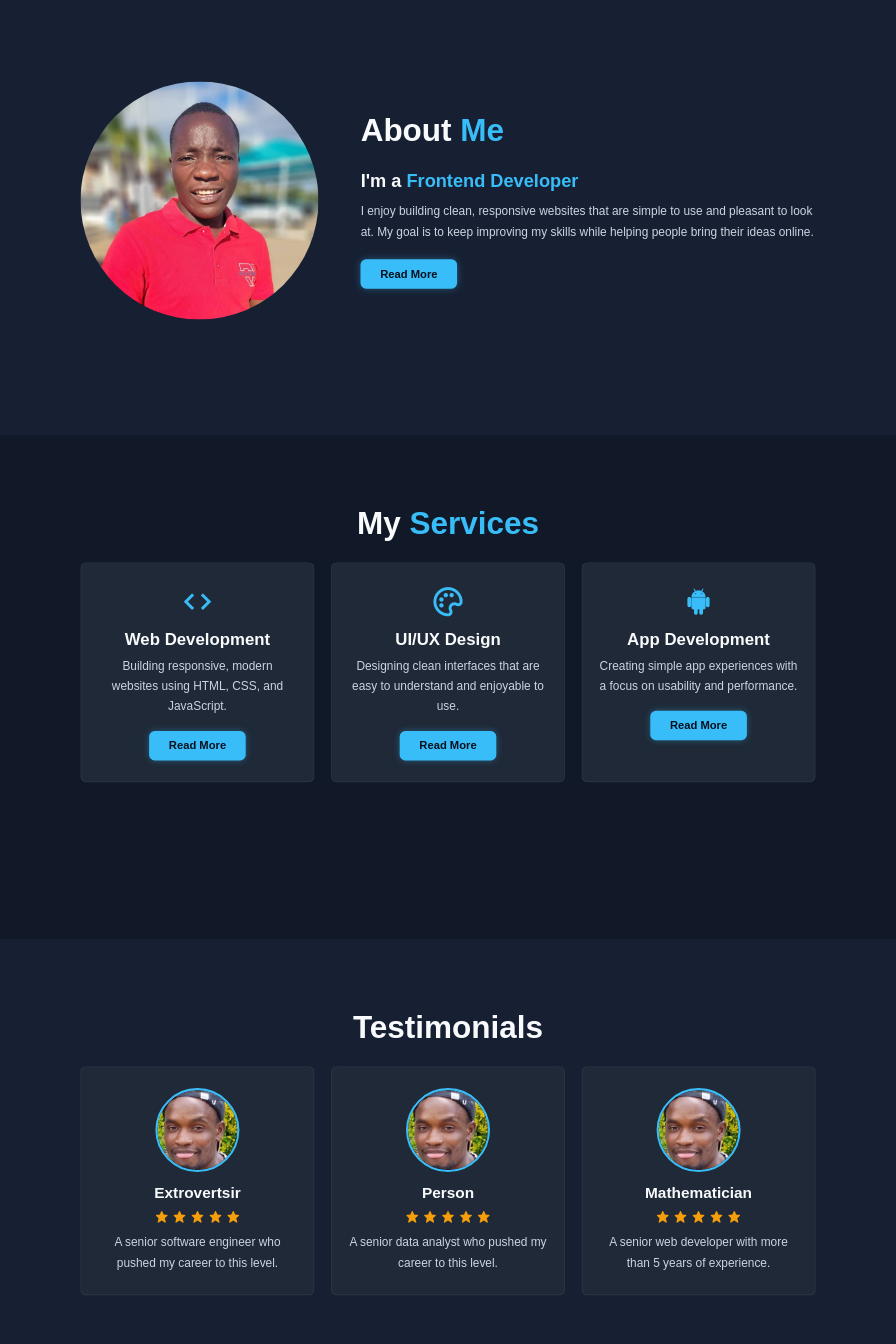
Repository: sitholelicane/myportfolio
Page: myweb.html
An editor plug-in stored every save of this project. The page is shown before and after the next save, followed by the edit.
The browser window is 1280 px wide. The pictures show the part of the page from y = 818 to 2738 px (the page is 3738 px tall), at 70% of full size.
Some web libraries are served in a nearby version.

Above is the page before, as saved 2026-05-16 23:18:19.

### myweb.html
<!DOCTYPE html>
<html lang="en">

<head>
    <meta charset="UTF-8">
    <meta name="viewport" content="width=device-width, initial-scale=1.0">
    <title>Sithole Licane - Portfolio</title>
    <link href="https://unpkg.com/boxicons@2.1.4/css/boxicons.min.css" rel="stylesheet">
    <link rel="stylesheet" href="style.css">
</head>

<body>
    <header class="header">
        <a href="#home" class="logo">Sithole <span>Licane</span></a>
        <i class="bx bx-menu" id="menu-icon"></i>

        <nav class="navbar">
            <a href="#home" class="active">Home</a>
            <a href="#about">About</a>
            <a href="#services">Services</a>
            <a href="#testimonial">Testimonial</a>
            <a href="#contact">Contact</a>
        </nav>
    </header>

    <section class="home" id="home">
        <div class="home-img">
            <img src="lee.jpeg" alt="Sithole Licane profile photo" onerror="this.style.display='none'">
        </div>

        <div class="home-content">
            <h3>Hello, Myself</h3>
            <h1>Sithole Licane</h1>
            <h3>And I'm a <span class="multiple-text"></span></h3>
            <p>I am a passionate developer dedicated to creating sleek, functional, and user-friendly web experiences. With a focus on modern design and clean code, I bring digital visions to life.</p>

            <div class="social-media">
                <a href="https://www.linkedin.com/in/licane-sithole" aria-label="LinkedIn"><i class="bx bxl-linkedin"></i></a>
                <a href="https://t.me/lemmarlyn" aria-label="Telegram"><i class="bx bxl-telegram"></i></a>
                <a href="https://www.facebook.com/profile.php?id=100095799840629" aria-label="Facebook"><i class="bx bxl-facebook"></i></a>
                <a href="https://www.instagram.com/lemmarlyn" aria-label="Instagram"><i class="bx bxl-instagram"></i></a>
                <a href="https://wa.me/263774661776" aria-label="WhatsApp"><i class="bx bxl-whatsapp"></i></a>
            </div>

            <a href="#" class="btn">Download CV</a>
        </div>
    </section>

    <section class="about" id="about">
        <div class="about-content">
            <h2 class="heading">About <span>Me</span></h2>
            <h3>I'm a <span>Frontend Developer</span></h3>
            <p>I enjoy building clean, responsive websites that are simple to use and pleasant to look at. My goal is to keep improving my skills while helping people bring their ideas online.</p>
            <a href="#contact" class="btn">Read More</a>
        </div>

        <div class="about-img">
            <img src="Profile1.jpeg" alt="About Sithole Licane" onerror="this.style.display='none'">
        </div>
    </section>

    <section class="services" id="services">
        <h2 class="heading">My <span>Services</span></h2>

        <div class="services-container">
            <div class="services-box">
                <i class="bx bx-code"></i>
                <h3>Web Development</h3>
                <p>Building responsive, modern websites using HTML, CSS, and JavaScript.</p>
                <a href="#contact" class="btn">Read More</a>
            </div>

            <div class="services-box">
                <i class="bx bx-palette"></i>
                <h3>UI/UX Design</h3>
                <p>Designing clean interfaces that are easy to understand and enjoyable to use.</p>
                <a href="#contact" class="btn">Read More</a>
            </div>

            <div class="services-box">
                <i class="bx bxl-android"></i>
                <h3>App Development</h3>
                <p>Creating simple app experiences with a focus on usability and performance.</p>
                <a href="#contact" class="btn">Read More</a>
            </div>
        </div>
    </section>

    <section class="testimonial" id="testimonial">
        <div class="testimonial-box">
            <h2 class="heading">Testimonials</h2>

            <div class="wrapper">
                <div class="testimonial-item">
                    <img src="extro.jpg" alt="Extrovertsir" onerror="this.style.display='none'">
                    <h2>Extrovertsir</h2>
                    <div class="rating" aria-label="5 star rating">
                        <i class="bx bxs-star"></i>
                        <i class="bx bxs-star"></i>
                        <i class="bx bxs-star"></i>
                        <i class="bx bxs-star"></i>
                        <i class="bx bxs-star"></i>
                    </div>
                    <p>A senior software engineer who pushed my career to this level.</p>
                </div>

                <div class="testimonial-item">
                    <img src="extro.jpg" alt="Person" onerror="this.style.display='none'">
                    <h2>Person</h2>
                    <div class="rating" aria-label="5 star rating">
                        <i class="bx bxs-star"></i>
                        <i class="bx bxs-star"></i>
                        <i class="bx bxs-star"></i>
                        <i class="bx bxs-star"></i>
                        <i class="bx bxs-star"></i>
                    </div>
                    <p>A senior data analyst who pushed my career to this level.</p>
                </div>

                <div class="testimonial-item">
                    <img src="extro.jpg" alt="Mathematician" onerror="this.style.display='none'">
                    <h2>Mathematician</h2>
                    <div class="rating" aria-label="5 star rating">
                        <i class="bx bxs-star"></i>
                        <i class="bx bxs-star"></i>
                        <i class="bx bxs-star"></i>
                        <i class="bx bxs-star"></i>
                        <i class="bx bxs-star"></i>
                    </div>
                    <p>A senior web developer with more than 5 years of experience.</p>
                </div>
            </div>
        </div>
    </section>

    <section class="contact" id="contact">
        <h2 class="heading">Contact <span>Me</span></h2>

    <form action="https://formspree.io/f/xaqkwekq" method="POST">

    <input type="text" name="name" placeholder="Full Name" required>
    <input type="email" name="email" placeholder="Email Address" required>
    <input type="text" name="phone" placeholder="Phone Number">
    <input type="text" name="subject" placeholder="Email Subject">

    <textarea name="message" placeholder="Your Message" required></textarea>

    <button type="submit">Send Message</button>
</form>
    </section>

    <footer class="footer">
        <div class="social">
            <a href="https://www.linkedin.com/in/licane-sithole" aria-label="LinkedIn"><i class="bx bxl-linkedin"></i></a>
            <a href="https://wa.me/263774661776" aria-label="WhatsApp"><i class="bx bxl-whatsapp"></i></a>
            <a href="https://www.facebook.com/profile.php?id=100095799840629" aria-label="Facebook"><i class="bx bxl-facebook"></i></a>
            <a href="https://www.instagram.com/lemmarlyn" aria-label="Instagram"><i class="bx bxl-instagram"></i></a>
        </div>
        <p class="copyright">&copy; Sithole Licane - All Rights Reserved</p>
    </footer>

    <script src="https://unpkg.com/typed.js@2.1.0/dist/typed.umd.js"></script>
    <script src="script.js"></script>
</body>

</html>

### style.css
* {
    box-sizing: border-box;
    margin: 0;
    padding: 0;
    scroll-behavior: smooth;
    text-decoration: none;
    border: none;
    outline: none;
    font-family: Arial, Helvetica, sans-serif;
}

:root {
    --bg-color: #111827;
    --second-bg-color: #172033;
    --text-color: #f8fafc;
    --main-color: #38bdf8;
    --accent-color: #f59e0b;
    --muted-color: #cbd5e1;
    --card-color: #1f2937;
}

html {
    font-size: 62.5%;
    overflow-x: hidden;
}

body {
    background: var(--bg-color);
    color: var(--text-color);
}

section {
    min-height: 100vh;
    padding: 10rem 9% 5rem;
}

.header {
    align-items: center;
    background: rgba(17, 24, 39, 0.94);
    display: flex;
    justify-content: space-between;
    left: 0;
    padding: 2rem 9%;
    position: fixed;
    top: 0;
    width: 100%;
    z-index: 100;
}

.logo {
    color: var(--text-color);
    cursor: default;
    font-size: 2.6rem;
    font-weight: 700;
}

span,
.logo span {
    color: var(--main-color);
}

.navbar a {
    color: var(--text-color);
    font-size: 1.7rem;
    font-weight: 600;
    margin-left: 3.5rem;
    transition: 0.3s ease;
}

.navbar a:hover,
.navbar a.active {
    color: var(--main-color);
}

#menu-icon {
    color: var(--text-color);
    cursor: pointer;
    display: none;
    font-size: 3.6rem;
}

.home {
    align-items: center;
    display: flex;
    gap: 6rem;
    justify-content: center;
}

.home-img,
.about-img {
    align-items: center;
    aspect-ratio: 1;
    background: linear-gradient(135deg, var(--main-color), var(--accent-color));
    border-radius: 50%;
    display: flex;
    flex: 0 0 34rem;
    justify-content: center;
    max-width: 34rem;
    overflow: hidden;
}

.home-img img,
.about-img img,
.testimonial-item img {
    height: 100%;
    object-fit: cover;
    width: 100%;
}

.home-img img[src],
.about-img img[src],
.testimonial-item img[src] {
    background: var(--card-color);
}

.home-content {
    max-width: 68rem;
}

.home-content h3 {
    font-size: 3.2rem;
    font-weight: 700;
}

.home-content h1 {
    font-size: 5.6rem;
    font-weight: 700;
    line-height: 1.15;
}

.home-content p,
.about-content p,
.services-box p,
.testimonial-item p {
    color: var(--muted-color);
    font-size: 1.7rem;
    line-height: 1.7;
}

.social-media {
    display: flex;
    flex-wrap: wrap;
    gap: 1.4rem;
    margin: 3rem 0;
}

.social-media a,
.social a {
    align-items: center;
    border: 0.2rem solid var(--main-color);
    border-radius: 50%;
    color: var(--main-color);
    display: inline-flex;
    font-size: 2.2rem;
    height: 4.5rem;
    justify-content: center;
    transition: 0.3s ease;
    width: 4.5rem;
}

.social-media a:hover,
.social a:hover {
    background: var(--main-color);
    color: var(--bg-color);
    transform: translateY(-0.4rem);
}

.btn {
    background: var(--main-color);
    border-radius: 0.8rem;
    box-shadow: 0 0 1rem rgba(56, 189, 248, 0.35);
    color: #06111f;
    display: inline-block;
    font-size: 1.6rem;
    font-weight: 700;
    letter-spacing: 0;
    padding: 1.2rem 2.8rem;
    transition: 0.3s ease;
}

.btn:hover {
    background: var(--accent-color);
    box-shadow: 0 0 1.5rem rgba(245, 158, 11, 0.38);
    transform: translateY(-0.2rem);
}

.about {
    align-items: center;
    background: var(--second-bg-color);
    display: flex;
    flex-direction: row-reverse;
    gap: 6rem;
    justify-content: center;
}

.heading {
    font-size: 4.5rem;
    margin-bottom: 3rem;
    text-align: center;
}

.about-content {
    max-width: 68rem;
}

.about-content .heading {
    text-align: left;
}

.about-content h3 {
    font-size: 2.6rem;
    margin-bottom: 1.5rem;
}

.about-content .btn {
    margin-top: 2.5rem;
}

.services-container {
    display: grid;
    gap: 2.4rem;
    grid-template-columns: repeat(3, minmax(0, 1fr));
}

.services-box,
.testimonial-item {
    background: var(--card-color);
    border: 0.1rem solid rgba(255, 255, 255, 0.08);
    border-radius: 0.8rem;
    padding: 3rem 2.4rem;
    text-align: center;
    transition: 0.3s ease;
}

.services-box:hover,
.testimonial-item:hover {
    border-color: var(--main-color);
    transform: translateY(-0.6rem);
}

.services-box i {
    color: var(--main-color);
    font-size: 5rem;
}

.services-box h3 {
    font-size: 2.4rem;
    margin: 1.5rem 0 1rem;
}

.services-box .btn {
    margin-top: 2rem;
}

.testimonial {
    background: var(--second-bg-color);
}

.wrapper {
    display: grid;
    gap: 2.4rem;
    grid-template-columns: repeat(3, minmax(0, 1fr));
}

.testimonial-item img {
    border: 0.3rem solid var(--main-color);
    border-radius: 50%;
    height: 12rem;
    margin-bottom: 1.5rem;
    width: 12rem;
}

.testimonial-item h2 {
    font-size: 2.2rem;
}

.rating {
    color: var(--accent-color);
    font-size: 2rem;
    margin: 1rem 0;
}

.contact form {
    margin: 0 auto;
    max-width: 78rem;
    text-align: center;
}

.input-box {
    display: flex;
    gap: 1.6rem;
    justify-content: space-between;
}

.contact form input,
.contact form textarea {
    background: var(--second-bg-color);
    border: 0.1rem solid rgba(255, 255, 255, 0.08);
    border-radius: 0.8rem;
    color: var(--text-color);
    font-size: 1.6rem;
    margin: 0.8rem 0;
    padding: 1.5rem;
    width: 100%;
}

.contact form textarea {
    resize: none;
}

.footer {
    align-items: center;
    background: var(--second-bg-color);
    display: flex;
    flex-direction: column;
    gap: 1.6rem;
    padding: 3rem 9%;
    text-align: center;
}

.social {
    display: flex;
    gap: 1.4rem;
}

.copyright {
    color: var(--muted-color);
    font-size: 1.5rem;
}

@media (max-width: 991px) {
    .header {
        padding: 2rem 4%;
    }

    section {
        padding: 10rem 4% 5rem;
    }

    .home,
    .about {
        gap: 4rem;
    }
}

@media (max-width: 768px) {
    #menu-icon {
        display: block;
    }

    .navbar {
        background: var(--second-bg-color);
        border-top: 0.1rem solid rgba(255, 255, 255, 0.08);
        display: none;
        left: 0;
        padding: 1rem 4%;
        position: absolute;
        top: 100%;
        width: 100%;
    }

    .navbar.active {
        display: block;
    }

    .navbar a {
        display: block;
        margin: 2rem 0;
    }

    .home,
    .about {
        flex-direction: column;
        text-align: center;
    }

    .about-content .heading {
        text-align: center;
    }

    .home-img,
    .about-img {
        flex-basis: 26rem;
        max-width: 26rem;
    }

    .home-content h1 {
        font-size: 4.2rem;
    }

    .home-content h3 {
        font-size: 2.5rem;
    }

    .social-media {
        justify-content: center;
    }

    .services-container,
    .wrapper {
        grid-template-columns: 1fr;
    }

    .input-box {
        flex-direction: column;
        gap: 0;
    }
}

@media (max-width: 450px) {
    html {
        font-size: 55%;
    }

    .heading {
        font-size: 3.8rem;
    }
}

### script.js
const menuIcon = document.querySelector("#menu-icon");
const navbar = document.querySelector(".navbar");
const navLinks = document.querySelectorAll(".navbar a");

menuIcon.addEventListener("click", () => {
    menuIcon.classList.toggle("bx-x");
    navbar.classList.toggle("active");
});

navLinks.forEach((link) => {
    link.addEventListener("click", () => {
        menuIcon.classList.remove("bx-x");
        navbar.classList.remove("active");
    });
});

window.addEventListener("scroll", () => {
    const sections = document.querySelectorAll("section");
    const scrollPosition = window.scrollY + 120;

    sections.forEach((section) => {
        const top = section.offsetTop;
        const height = section.offsetHeight;
        const id = section.getAttribute("id");
        const matchingLink = document.querySelector(`.navbar a[href="#${id}"]`);

        if (scrollPosition >= top && scrollPosition < top + height) {
            navLinks.forEach((link) => link.classList.remove("active"));
            matchingLink?.classList.add("active");
        }
    });
});

if (window.Typed) {
    new Typed(".multiple-text", {
        strings: ["Frontend Developer", "Web Designer", "App Developer"],
        typeSpeed: 90,
        backSpeed: 70,
        backDelay: 1200,
        loop: true
    });
} else {
    document.querySelector(".multiple-text").textContent = "Frontend Developer";
}

After the next save:
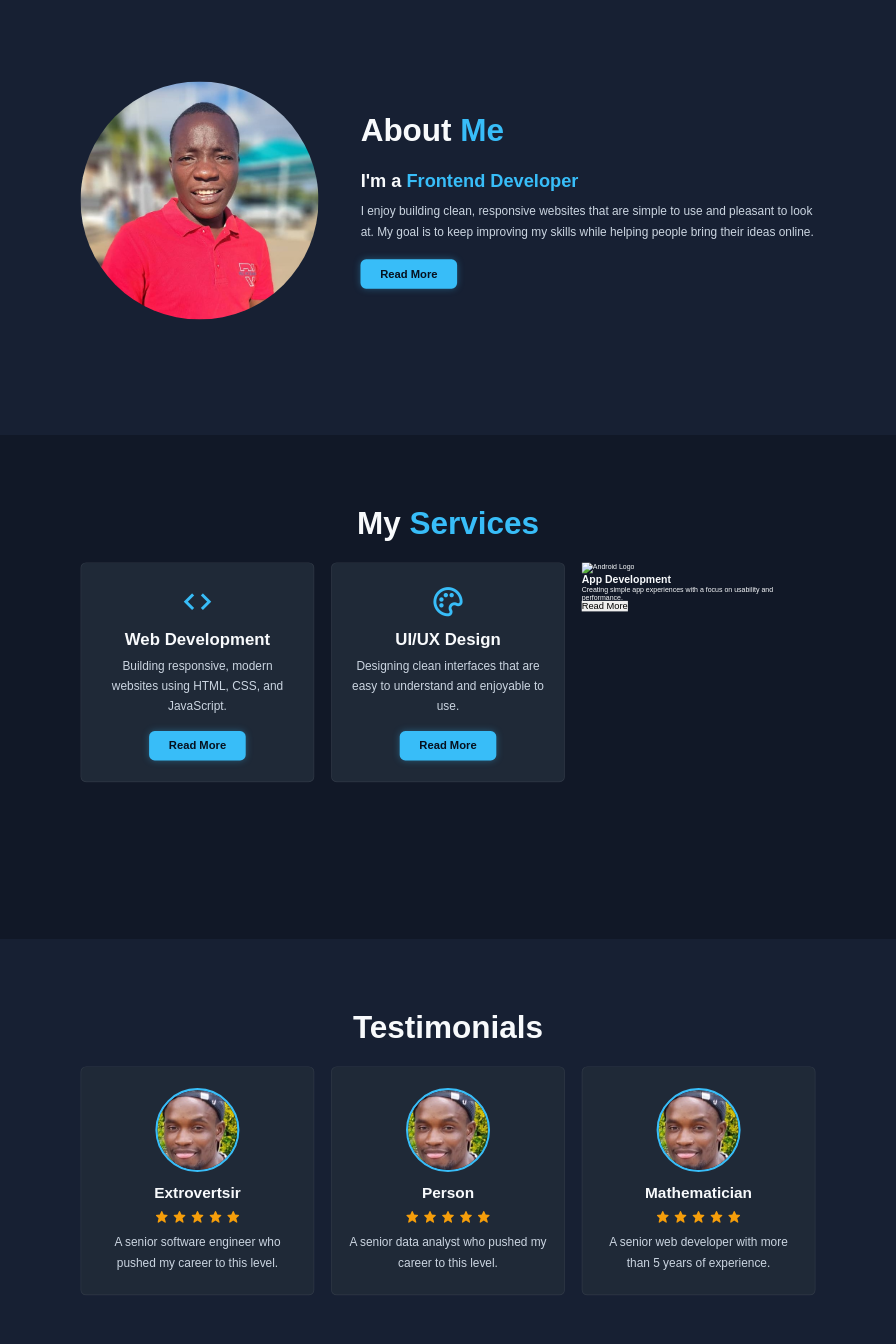
Not found: android-icon.png
Saved 13 min 35 s later.
--- a/myweb.html
+++ b/myweb.html
@@ -77,12 +77,20 @@
                 <a href="#contact" class="btn">Read More</a>
             </div>
 
-            <div class="services-box">
-                <i class="bx bxl-android"></i>
-                <h3>App Development</h3>
-                <p>Creating simple app experiences with a focus on usability and performance.</p>
-                <a href="#contact" class="btn">Read More</a>
-            </div>
+           <div class="card">
+    <img src="android-icon.png" alt="Android Logo" class="app-icon">
+    <h2>App Development</h2>
+
+    <p>
+        Creating simple app experiences with a focus on usability and performance.
+        <span id="more-text" style="display: none;">
+            <br><br>
+            I specialize in building robust mobile applications using Java, Android Studio, and SQLite databases. My development process ensures optimized memory management, offline functionality support, and responsive layouts tailored for various device screens.
+        </span>
+    </p>
+
+    <button id="read-more-btn" onclick="toggleText()">Read More</button>
+</div>
         </div>
     </section>
 
--- a/script.js
+++ b/script.js
@@ -42,3 +42,17 @@ if (window.Typed) {
 } else {
     document.querySelector(".multiple-text").textContent = "Frontend Developer";
 }
+function toggleText() {
+    // Get references to the text and the button
+    var moreText = document.getElementById("more-text");
+    var btnText = document.getElementById("read-more-btn");
+
+    // Check if the extra text is currently hidden
+    if (moreText.style.display === "none") {
+        moreText.style.display = "inline"; // Show the hidden text
+        btnText.innerHTML = "Read Less";    // Change button label
+    } else {
+        moreText.style.display = "none";   // Hide the text again
+        btnText.innerHTML = "Read More";   // Revert button label
+    }
+}

After the save that followed:
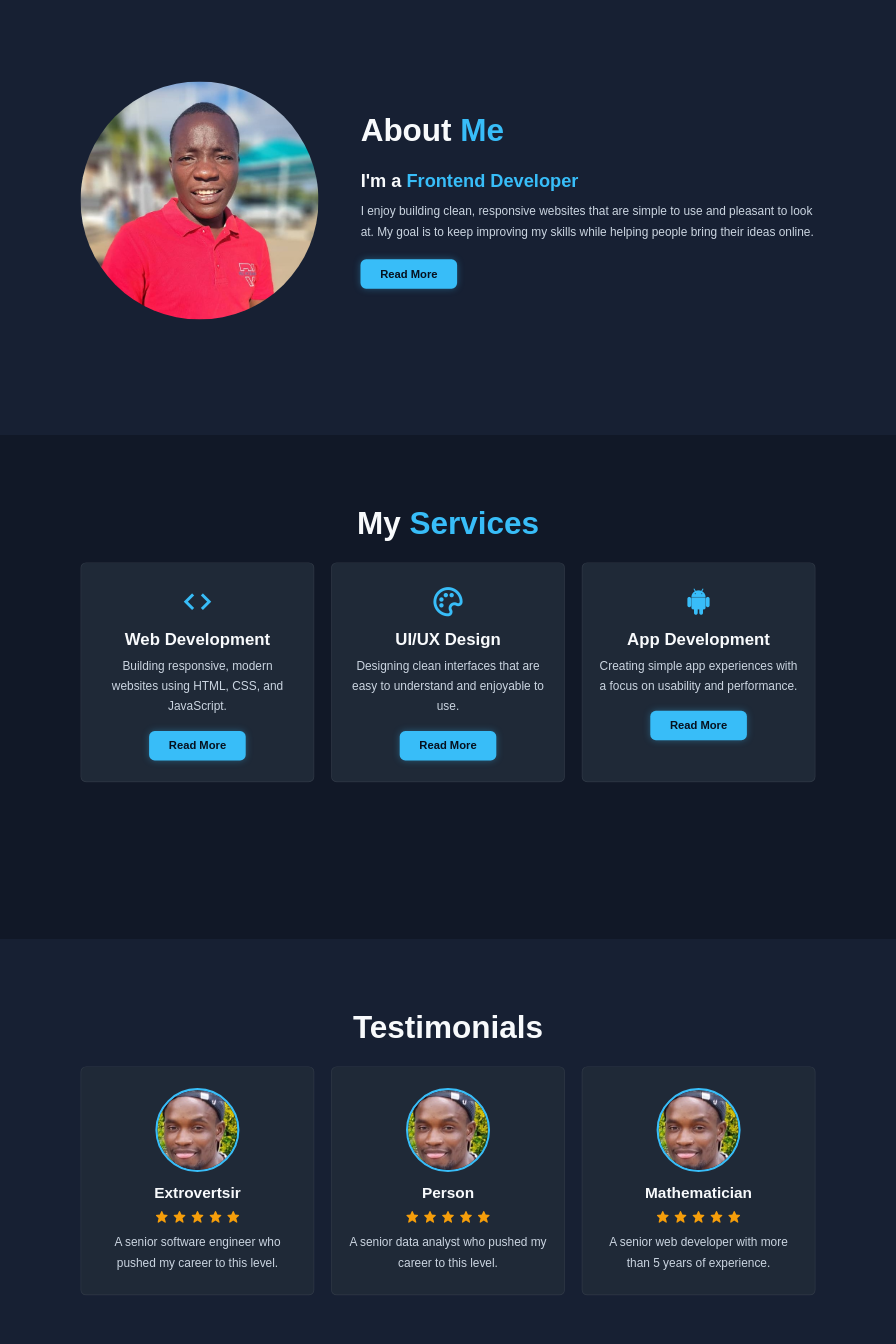
Saved 3 min 17 s later.
--- a/myweb.html
+++ b/myweb.html
@@ -77,20 +77,36 @@
                 <a href="#contact" class="btn">Read More</a>
             </div>
 
-           <div class="card">
-    <img src="android-icon.png" alt="Android Logo" class="app-icon">
-    <h2>App Development</h2>
+           <div class="services-box">
+    <i class="bx bxl-android"></i>
+    <h3>App Development</h3>
 
     <p>
         Creating simple app experiences with a focus on usability and performance.
-        <span id="more-text" style="display: none;">
+
+        <span id="more-info" style="display: none;">
             <br><br>
-            I specialize in building robust mobile applications using Java, Android Studio, and SQLite databases. My development process ensures optimized memory management, offline functionality support, and responsive layouts tailored for various device screens.
+            Specializing in building robust mobile applications using Java, Android Studio, and SQLite databases. Fully experienced in managing component lifecycles, optimizing background services, implementing responsive XML layouts, and handling local data storage effectively.
         </span>
     </p>
 
-    <button id="read-more-btn" onclick="toggleText()">Read More</button>
+    <button id="read-more-btn" class="btn" onclick="toggleServiceDetails()">Read More</button>
 </div>
+
+<script>
+function toggleServiceDetails() {
+    var additionalText = document.getElementById("more-info");
+    var buttonElement = document.getElementById("read-more-btn");
+
+    if (additionalText.style.display === "none") {
+        additionalText.style.display = "inline"; // Reveals the text
+        buttonElement.innerHTML = "Read Less";    // Updates button text
+    } else {
+        additionalText.style.display = "none";   // Hides the text
+        buttonElement.innerHTML = "Read More";   // Resets button text
+    }
+}
+</script>
         </div>
     </section>
 
